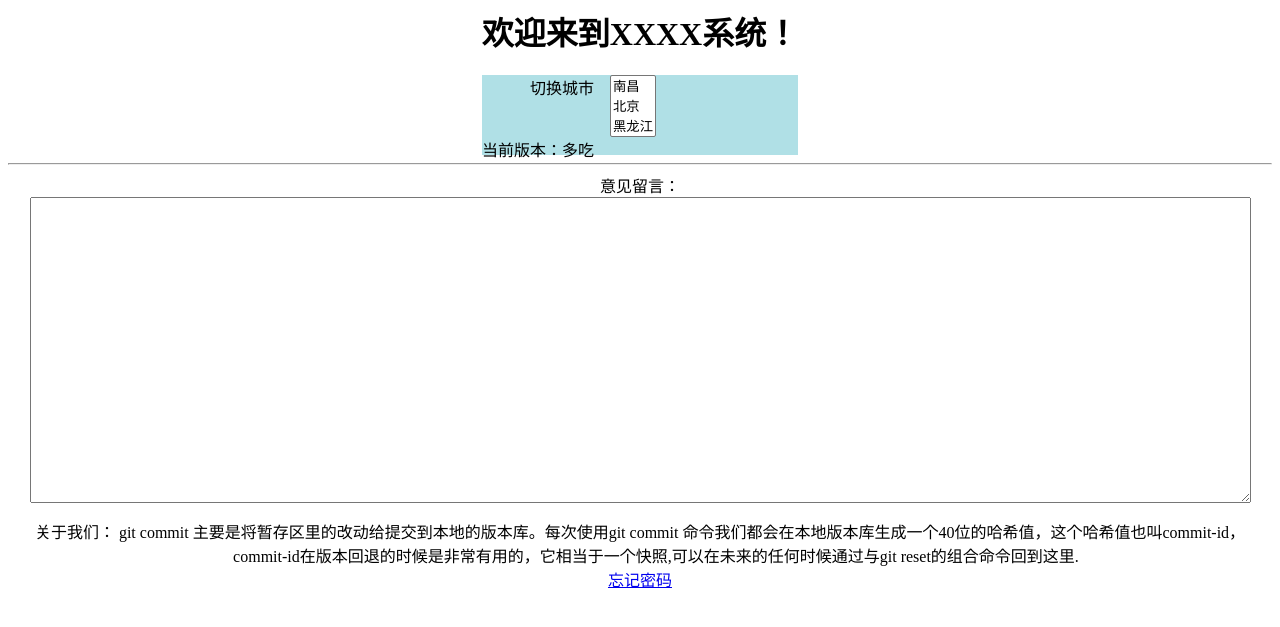
Repository: never-404/Intelligent-recommendation-system
Page: http://localhost/Intelligent-recommendation-system/mine.jsp
These files come from the project's save history. The page is drawn as it stood at one moment and after the next save; the edit follows.
The browser window is 1280 px wide. The pictures show the whole page.
The page is served by Tomcat 9. Nobody is signed in. The application's start-up code is not run. Other server files are loaded and not shown.

Above is the page before, as saved 2019-04-12 10:01:57.

### Intelligent-recommendation-system/WebRoot/mine.jsp
<%@ page language="java" contentType= "text/html;charset=gb2312" %>
<html>

	<head>
		<title>登录页面</title>
	    <meta charset="utf-8">

		<style type="text/css">
		.title
		{
			margin:auto;
			width:25%;
			background-color:#b0e0e6;
		}
		.table
		{
			margin:auto;
			width:25%;
			background-color:#b0e0e6;
		}
		lable { float: left; width: 7em; margin-right:1em; text-align: right; }
		h1	  {text-align: center}

        .a{
            text-align:center;
            vertical-align:middle;
        }
        img{max-width: 100%; height:auto;}

</style>
	</head>

	<body>

	<h1>欢迎来到XXXX系统！</h1>
    <div class="table">
    	<lable>切换城市</lable>
    	<select size="3">
    		<option>南昌</option>
    		<option>北京</option>
    		<option>黑龙江</option>
    	</select>
        <br>
        <lable>当前版本：多吃</lable>
        <br>
    </div>
    <HR>
    <div class="a">
	<form>
		意见留言：<br>
		<textarea rows="20" cols="150"></textarea><br>
	</form>
	关于我们： git commit 主要是将暂存区里的改动给提交到本地的版本库。每次使用git commit 命令我们都会在本地版本库生成一个40位的哈希值，这个哈希值也叫commit-id，
　　commit-id在版本回退的时候是非常有用的，它相当于一个快照,可以在未来的任何时候通过与git reset的组合命令回到这里.
        <br>
            <a href="forget_pswd.jsp"> 忘记密码</a>
            <!--忘记密码跳转的网址-->
	</div>

	</body>


</html>

After the next save:
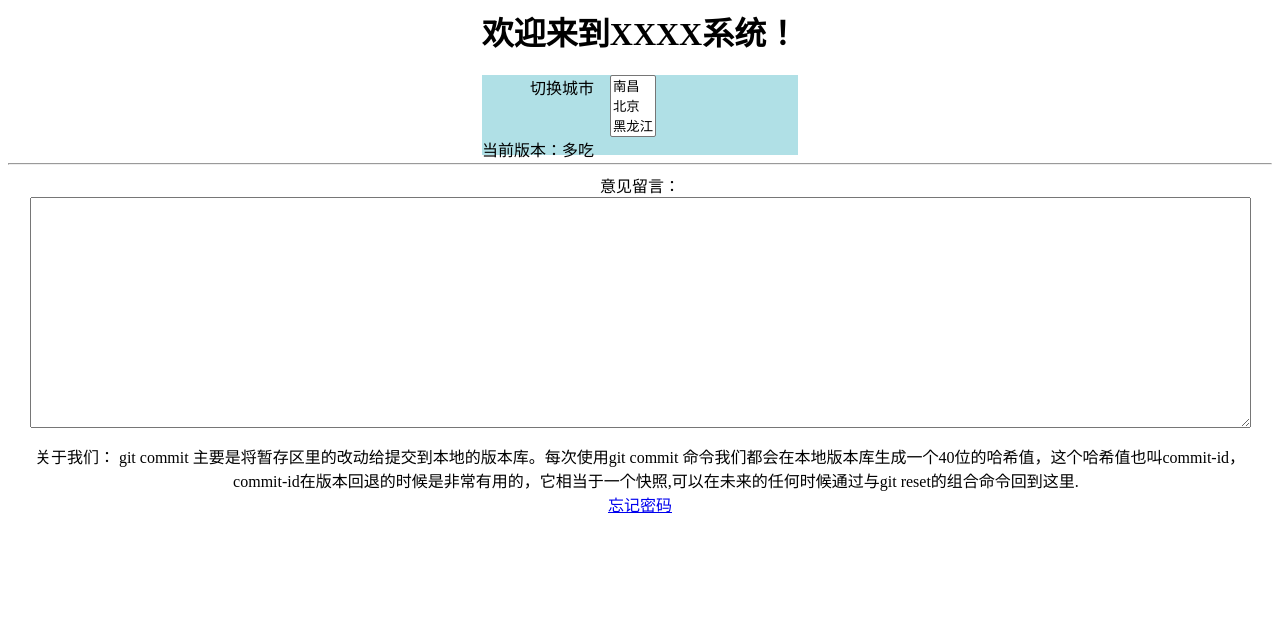
Saved 7 s later.
--- a/Intelligent-recommendation-system/WebRoot/mine.jsp
+++ b/Intelligent-recommendation-system/WebRoot/mine.jsp
@@ -48,7 +48,7 @@
     <div class="a">
 	<form>
 		意见留言：<br>
-		<textarea rows="20" cols="150"></textarea><br>
+		<textarea rows="15" cols="150"></textarea><br>
 	</form>
 	关于我们： git commit 主要是将暂存区里的改动给提交到本地的版本库。每次使用git commit 命令我们都会在本地版本库生成一个40位的哈希值，这个哈希值也叫commit-id，
 　　commit-id在版本回退的时候是非常有用的，它相当于一个快照,可以在未来的任何时候通过与git reset的组合命令回到这里.
